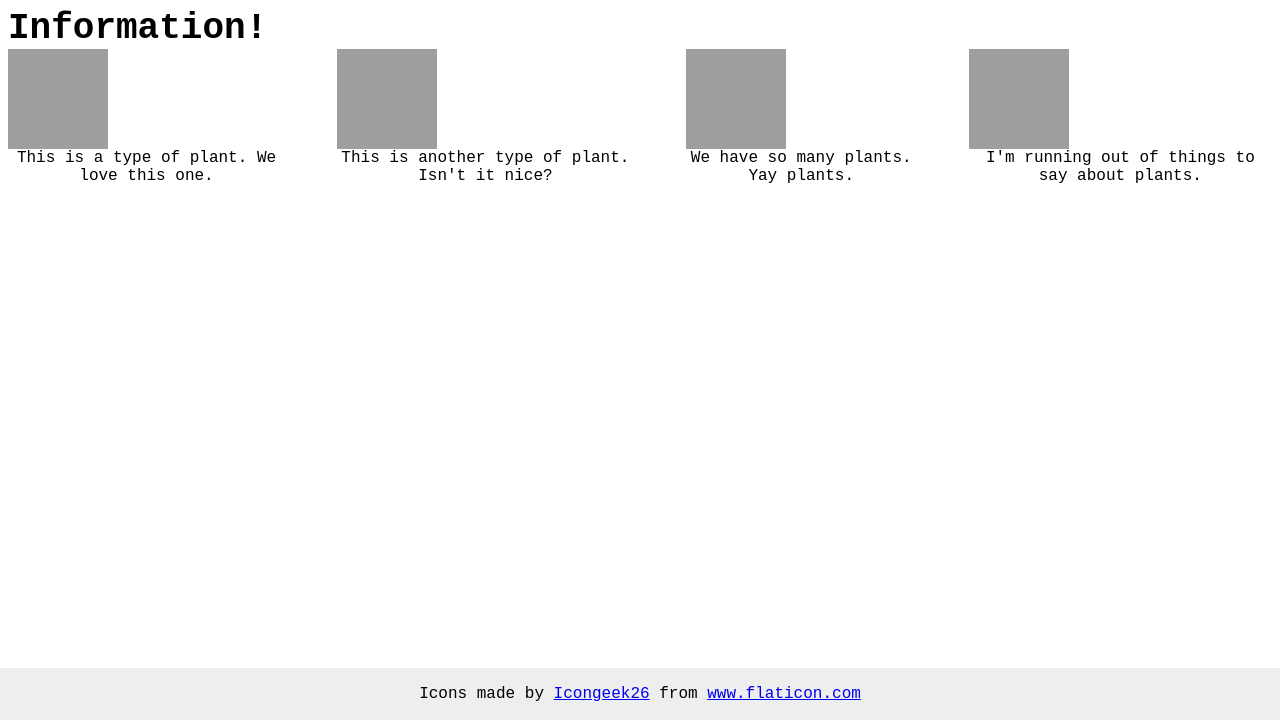
Repository: bbrockbrown/css-exercises
Page: flex/04-flex-information/index.html
The author's editor kept a copy of each file at every save. The page is drawn from the files as they stood at one save, then again after the next save.
The browser window is 1280 px wide. The pictures show the whole page.
Pictures or frames that could not be fetched are drawn as grey boxes.

Above is the page before, as saved 2024-07-21 17:32:31.

After the next save:
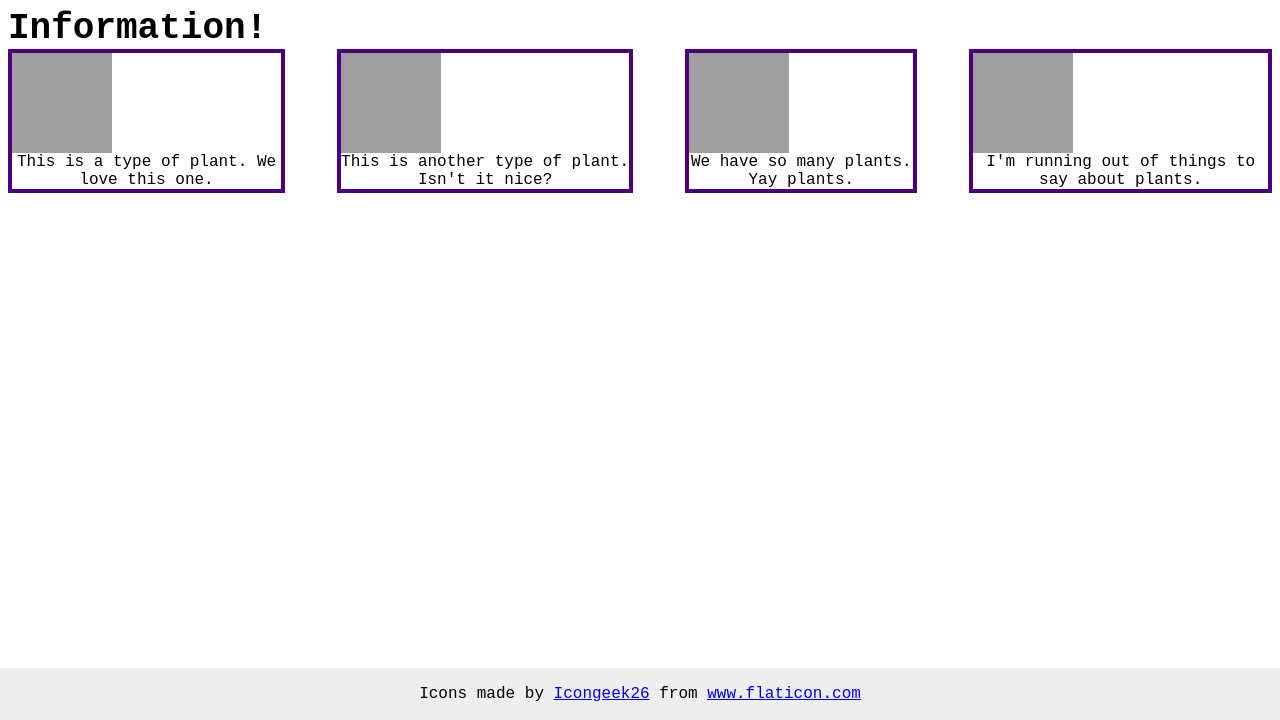
Saved 49 s later.
--- a/flex/04-flex-information/style.css
+++ b/flex/04-flex-information/style.css
@@ -23,7 +23,8 @@ img {
   display: flex;
   flex-direction: column;
   justify-content: center;
-  text-align: center
+  text-align: center;
+  border: 4px solid indigo;
 }
 
 
